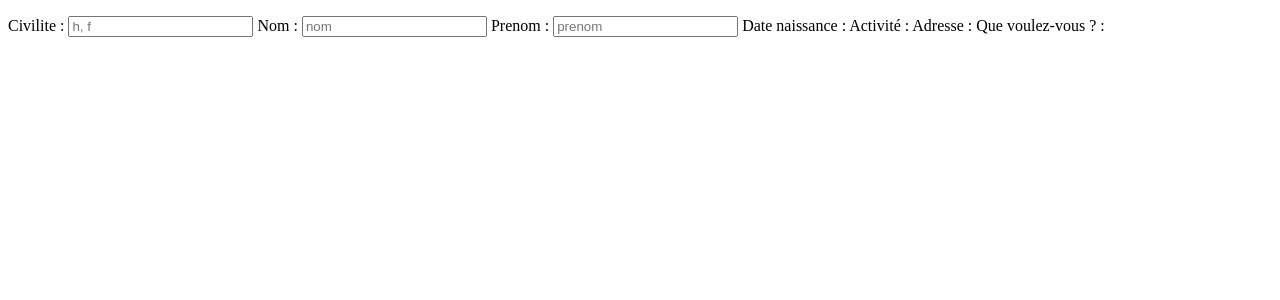
Repository: Douzal/AFCEPF_Architecte_Logiciel
Page: Workspace_Alexis/PremierWebv2/src/main/webapp/Form.html
These files come from the project's save history. The page is drawn as it stood at one moment and after the next save; the edit follows.
The browser window is 1280 px wide. The pictures show the whole page.

Above is the page before, as saved 2018-03-14 13:45:36.

After the next save:
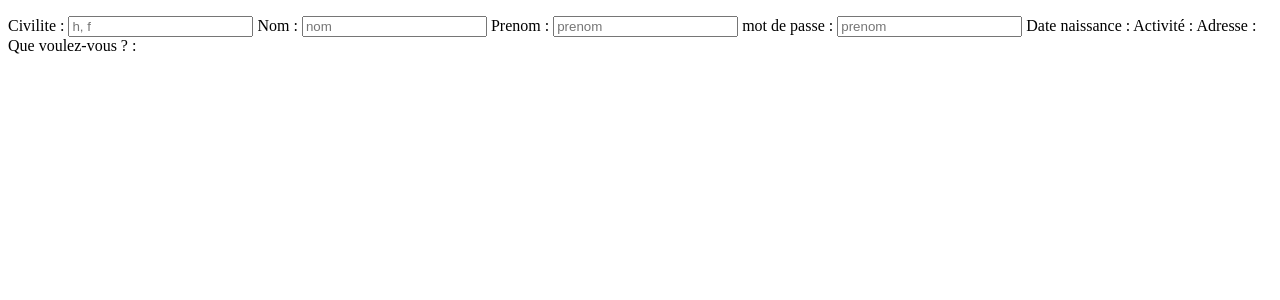
Saved 47 s later.
--- a/Workspace_Alexis/PremierWebv2/src/main/webapp/Form.html
+++ b/Workspace_Alexis/PremierWebv2/src/main/webapp/Form.html
@@ -11,6 +11,7 @@
 	<label for="civ">Civilite : </label><input id="civ" name="civ" type="text" placeholder="h, f"></input>
 	<label for="nom">Nom : </label><input id="nom" name="nom" type="text" placeholder="nom"></input>
 	<label for="prenom">Prenom : </label><input id="prenom" name=""prenom"" type="text" placeholder="prenom"></input>
+	<label for="mdp">mot de passe : </label><input id="mdp" name=""mdp"" type="text" placeholder="prenom"></input>
 	<label>Date naissance : </label>
 	<label>Activité : </label>
 	<label>Adresse : </label>
